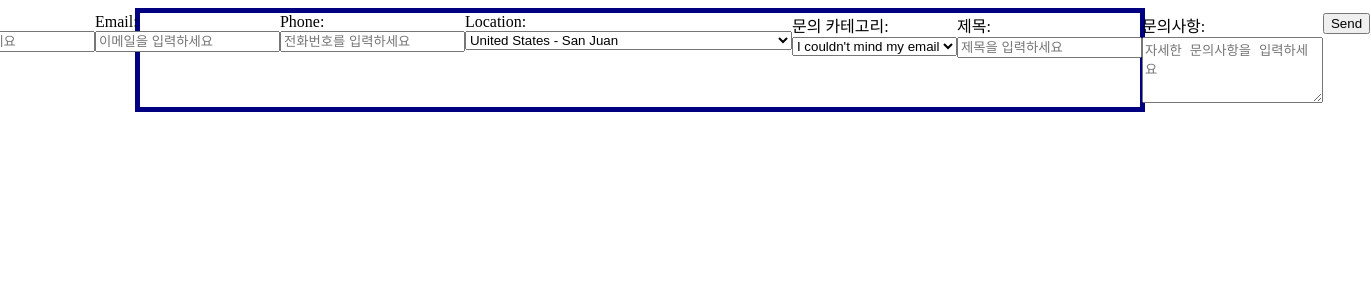
Repository: leeboseok/proposal-board
Page: http://localhost/ProposalSys/admincontact.jsp
The author's editor kept a copy of each file at every save. The page is drawn from the files as they stood at one save, then again after the next save.
The browser window is 1280 px wide. The page is 1371 px wide, then 1280 px, so the pictures cover 1371 px, including what lies to the right of the window. The pictures show the whole page.
The page is served by Tomcat 9. Other server files are loaded and not shown.

Above is the page before, as saved 2024-07-27 06:37:43.

### ProposalSys/src/main/webapp/admincontact.jsp
<%@ page language="java" contentType="text/html; charset=UTF-8"
    pageEncoding="UTF-8"%>
<!DOCTYPE html>
<html>
	<head>
		<meta charset="UTF-8">
		<title>관리자 컨택</title>
		<style>
			#wrap{
				margin: 0 auto;
				width: 1000px;
				border: 5px solid navy;
			}
			.form {width: 100%; display: flex; justify-content:center; }
		</style>
	</head>
	<body>
		<div id="wrap">
			<form class="form" method="get" action="admincontactprogress">
				<div>
					<span>Name:</span>
					<input type="text" name="name" placeholder="이름을 입력하세요" required>
				</div>
				<div>
					<span>Email:</span>
					<input type="email" name="email" placeholder="이메일을 입력하세요" required>
				</div>
				<div>
					<span>Phone:</span>
					<input type="text" name="phone" placeholder="전화번호를 입력하세요">
				</div>
				<div>
					<span>Location:</span>
					<select name="location">
                        <option value="United States - San Juan">United States - San Juan</option>
                        <option value="United States - California-Walnut Creek">United States - California-Walnut Creek</option>
                        <option value="United States - California-Woodlang Hills">United States - California-Woodlang Hills</option>
                        <option value="United States - Colorado-Denver">United States - Colorado-Denver</option>
                        <option value="United States - Connecticut-Burlington">United States - Connecticut-Burlington</option>
                        <option value="United States - Connecticut-Coventry">United States - Connecticut-Coventry</option>
                        <option value="United States - Connecticut-Newington">United States - Connecticut-Newington</option>
                        <option value="United States - Connecticut-Norwalk">United States - Connecticut-Norwalk</option>
                        <option value="United States - Georgia-Alpharetta">United States - Georgia-Alpharetta</option>
                        <option value="United States - Georgia-Rome">United States - Georgia-Rome</option>
                        <option value="United States - Illinois-Park Ridge">United States - Illinois-Park Ridge</option>
                        <option value="United States - Illinois-Peoria">United States - Illinois-Peoria</option>
                        <option value="United States - Indiana-Indianapolis">United States - Indiana-Indianapolis</option>
                        <option value="United States - Indiana-Merrillville">United States - Indiana-Merrillville</option>
                        <option value="United States - Indiana-South Bend">United States - Indiana-South Bend</option>
                        <option value="United States - lowa-Cedar Rapids">United States - lowa-Cedar Rapids</option>
                        <option value="United States - lowa-Davenport">United States - lowa-Davenport</option>
                        <option value="United States - lowa-Des Moines">United States - lowa-Des Moines</option>
                        <option value="United States - lowa-Sioux City">United States - lowa-Sioux City</option>
                        <option value="United states - Kansas-Topeka">United states - Kansas-Topeka</option>
                        <option value="United States - Kansas-Wichita">United States - Kansas-Wichita</option>
                        <option value="United States - Kentucky-Louisville">United States - Kentucky-Louisville</option>
                        <option value="United States - Maryland-Frederick">United States - Maryland-Frederick</option>
                        <option value="United States - Maryland-Gaithersburg">United States - Maryland-Gaithersburg</option>
                        <option value="United States - Massachusetts-Boston">United States - Massachusetts-Boston</option>
                        <option value="United States - Massachusetts-Norwood">United States - Massachusetts-Norwood</option>
                        <option value="United States - Massachusetts-Wakefield">United States - Massachusetts-Wakefield</option>
                        <option value="United States - Massachusetts-Waltham">United States - Massachusetts-Waltham</option>
                        <option value="United States - Michigan-Detroit">United States - Michigan-Detroit</option>
                        <option value="United States - Michigan-Grand Rapids">United States - Michigan-Grand Rapids</option>
                        <option value="United States - Michigan-Lansing">United States - Michigan-Lansing</option>
                        <option value="United States - Minnesota-Plymouth">United States - Minnesota-Plymouth</option>
                        <option value="United States - Missouri-Creve Coeur">United States - Missouri-Creve Coeur</option>
                        <option value="United States - Missouri-Kansas City">United States - Missouri-Kansas City</option>
                        <option value="United States - Missouri-St.Louis">United States - Missouri-St.Louis</option>
                        <option value="United States - Nebraska-Omaha">United States - Nebraska-Omaha</option>
                        <option value="United States - New Hampshire-Portsmouth">United States - New Hampshire-Portsmouth</option>
                        <option value="United States - New Jersey-Parsippany">United States - New Jersey-Parsippany</option>
                        <option value="United States - New York-Albany">United States - New York-Albany</option>
                        <option value="United States - New York-Rochester">United States - New York-Rochester</option>
                        <option value="United States - Ohio-Cincinnati">United States - Ohio-Cincinnati</option>
                        <option value="United States - Ohio-Cleveland">United States - Ohio-Cleveland</option>
                        <option value="United States - Ohio-North Olmsted">United States - Ohio-North Olmsted</option>
                        <option value="United States - Ohio-Toledo">United States - Ohio-Toledo</option>
                        <option value="United States - Oregon-Portland">United States - Oregon-Portland</option>
                        <option value="United States - Pennsylvania-Harrisburg">United States - Pennsylvania-Harrisburg</option>
                        <option value="United States - Pennsylvania-Malvern">United States - Pennsylvania-Malvern</option>
                        <option value="United States - Pennsylvania-York">United States - Pennsylvania-York</option>
                        <option value="United States - Rhode Island-Providence">United States - Rhode Island-Providence</option>
                        <option value="United States - Rhode Island-West Glocester">United States - Rhode Island-West Glocester</option>
                        <option value="United States - South Dakota-Sioux Falls">United States - South Dakota-Sioux Falls</option>
                        <option value="United States - Texas-Frisco">United States - Texas-Frisco</option>
                        <option value="United States - Houston">United States - Houston</option>
                        <option value="United States - Virginia-Reston">United States - Virginia-Reston</option>
                        <option value="United States - Virginia-Roanoke">United States - Virginia-Roanoke</option>
                        <option value="United States - Washington-Bellevue">United States - Washington-Bellevue</option>
                        <option value="United States - Wisconsin-Green Bay">United States - Wisconsin-Green Bay</option>
                        <option value="United States - Wisconsin-Madison">United States - Wisconsin-Madison</option>
                        <option value="United States - Wisconsin-Milwaukee">United States - Wisconsin-Milwaukee</option>
                        <option value="Argentina">Argentina</option>
                        <option value="Australia-New South Wales-Sydney">Australia-New South Wales-Sydney</option>
                        <option value="Australia-Queensland-Brisbane">Australia-Queensland-Brisbane</option>
                        <option value="Australia-Victoria-Melbourne">Australia-Victoria-Melbourne</option>
                        <option value="Austria">Austria</option>
                        <option value="Belgium-Brussels">Belgium-Brussels</option>
                        <option value="Belgium-Debroux">Belgium-Debroux</option>
                        <option value="Belgium-Brussels-Capital Region-Brussels">Belgium-Brussels-Capital Region-Brussels</option>
                        <option value="Brazil-Sao Paulo-Sao Paulo">Brazil-Sao Paulo-Sao Paulo</option>
                        <option value="Brazil-Sao Paulo-Vila Olimpia">Brazil-Sao Paulo-Vila Olimpia</option>
                        <option value="Canada-Alberta">Canada-Alberta</option>
                        <option value="Canada-British Columbia-Vancouver">Canada-British Columbia-Vancouver</option>
                        <option value="Canada-Manitoba-Winnipeg">Canada-Manitoba-Winnipeg</option>
                        <option value="Canada-Nova Scotia-Halifax">Canada-Nova Scotia-Halifax</option>
                        <option value="Canada-Ontario-Thornhill">Canada-Ontario-Thornhill</option>
                        <option value="Canada-Ontario-Vaughan">Canada-Ontario-Vaughan</option>
                        <option value="Canada-Quebec-Montreal">Canada-Quebec-Montreal</option>
                        <option value="Chile">Chile</option>
                        <option value="Chile-Region Metropolitana de Santiago">Chile-Region Metropolitana de Santiago</option>
                        <option value="China-Beijing">China-Beijing</option>
                        <option value="China-Shanghai">China-Shanghai</option>
                        <option Value="Colombia-Bogota">Colombia-Bogota</option>
                        <option value="Colombia">Colombia</option>
                        <option value="Czech Republic">Czech Republic</option>
                        <option value="Denmark">Denmark</option>
                        <option value="Egypt">Egypt</option>
                        <option value="Finland">Finland</option>
                        <option value="France-Metz-Tessy">France-Metz-Tessy</option>
                        <option value="France-Paris La Defense Cedex">France-Paris La Defense Cedex</option>
                        <option value="France-Paris">France-Paris</option>
                        <option value="France-Haute-Savoie-Mety-Tessy">France-Haute-Savoie-Mety-Tessy</option>
                        <option value="Germany-Frankfurt">Germany-Frankfurt</option>
                        <option value="Hong Kong-Mongkok">Hong Kong-Mongkok</option>
                        <option value="Hungary">Hungary</option>
                        <option value="India-Karnataka-Bangalulu">India-Karnataka-Bangalulu</option>
                        <option value="Ireland">Ireland</option>
                        <option value="Ireland-Dublin">Ireland-Dublin</option>
                        <option value="Italy-Milano">Italy-Milano</option>
                        <option value="Japan-Kanagawa-Yokohama">Japan-Kanagawa-Yokohama</option>
                        <option value="South Korea-Seoul">South Korea-Seoul</option>
                        <option value="Luxembourg">Luxembourg</option>
                        <option value="Malaysia-Kuala Kumpur">Malaysia-Kuala Kumpur</option>
                        <option value="Mexico-Nuevo Leon-Monterrey">Mexico-Nuevo Leon-Monterrey</option>
                        <option value="Mexico-Nuevo Leon-San Pedro">Mexico-Nuevo Leon-San Pedro</option>
                        <option value="Mexico-Nuevo Leon-San Pedro Garza Garcia">Mexico-Nuevo Leon-San Pedro Garza Garcia</option>
                        <option value="Netherlands-Amsterdam">Netherlands-Amsterdam</option>
                        <option value="New Zealand">New Zealand</option>
                        <option value="Philippines-Quezon City,Metro Manilla">Philippines-Quezon City,Metro Manilla</option>
                        <option value="Poland">Poland</option>
                        <option value="Portugal">Portugal</option>
                        <option value="Romania">Romania</option>
                        <option value="Russia-Moscow">Russia-Moscow</option>
                        <option value="Singapore">Singapore</option>
                        <option value="Slovakia">Slovakia</option>
                        <option value="South Africa-Johannesburg">South Africa-Johannesburg</option>
                        <option value="Spain-Madrid">Spain-Madrid</option>
                        <option value="Sweden-Stockholm">Sweden-Stockholm</option>
                        <option value="Switzerland-Bern">Switzerland-Bern</option>
                        <option value="Switzerland">Switzerland</option>
                        <option value="Thailand">Thailand</option>
                        <option value="Turkey-Atasehir">Turkey-Atasehir</option>
                        <option value="United Arab Emirates-Abu Dhabi">United Arab Emirates-Abu Dhabi</option>
                        <option value="United Kingdom-London">United Kingdom-London</option>
                        <option value="United Kingdom-Maidenhead">United Kingdom-Maidenhead</option>
                        <option value="United Kingdom-Manchester">United Kingdom-Manchester</option>
                        <option value="United Kingdom-Windsor and maidenhead-Windsor">United Kingdom-Windsor and maidenhead-Windsor</option>
                        <option value="Vietnam">Vietnam</option>
                    </select>
				</div>
				<div>
	                <span>문의 카테고리:</span>
	                <select name="category" required>
	                    <option value="I couldn't mind my email">I couldn't mind my email</option>
	                    <option value="I forgot my password">I forgot my password</option>
	                    <option value="other">Other</option>
	                </select>
           		</div>
				<div>
					<span>제목:</span>
					<input type="text" name="title" placeholder="제목을 입력하세요">
				</div>
				<div>
					<span>문의사항:</span>
					<textarea name="refer" placeholder="자세한 문의사항을 입력하세요" rows="4"></textarea>
				</div>
				<div>
					<input type="submit" value="Send">
				</div>
			</form>
		</div>
	</body>
</html>

After the next save:
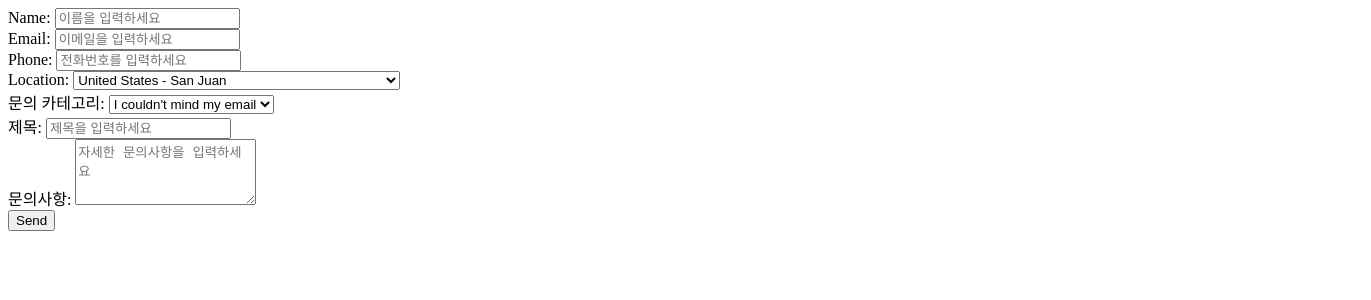
Saved 24 s later.
--- a/ProposalSys/src/main/webapp/admincontact.jsp
+++ b/ProposalSys/src/main/webapp/admincontact.jsp
@@ -6,12 +6,6 @@
 		<meta charset="UTF-8">
 		<title>관리자 컨택</title>
 		<style>
-			#wrap{
-				margin: 0 auto;
-				width: 1000px;
-				border: 5px solid navy;
-			}
-			.form {width: 100%; display: flex; justify-content:center; }
 		</style>
 	</head>
 	<body>
